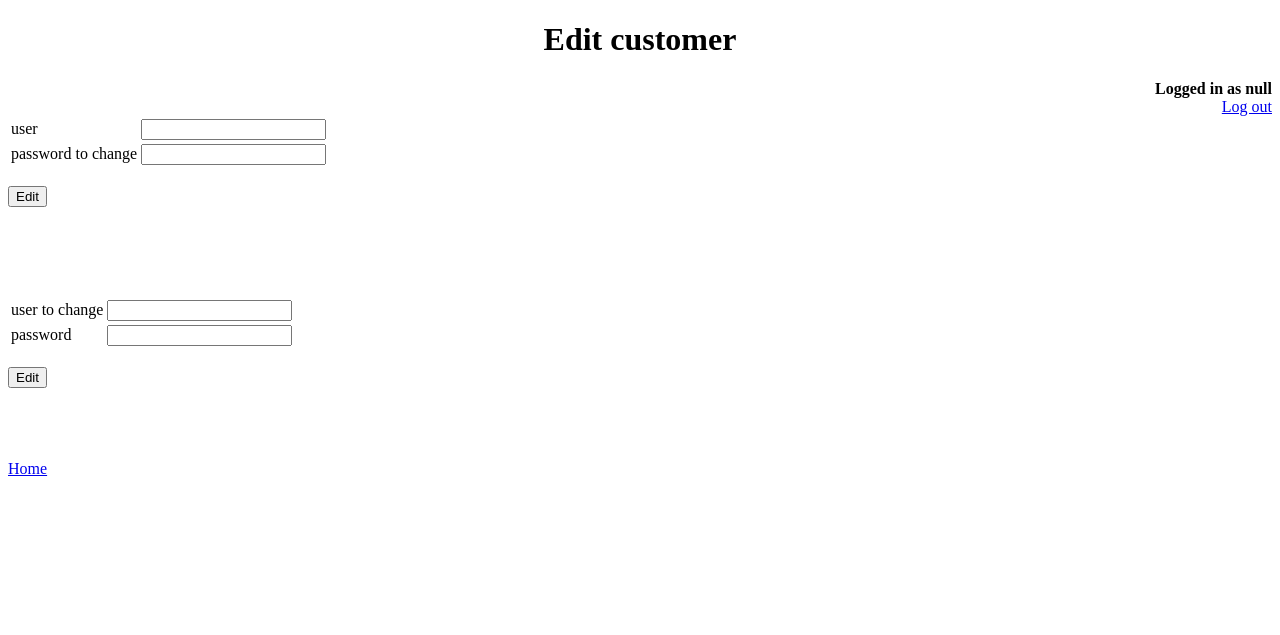
Repository: Pheazon/data_management
Page: http://localhost/cs336Final/editCustomer.jsp
The author's editor kept a copy of each file at every save. The page is drawn from the files as they stood at one save, then again after the next save.
The browser window is 1280 px wide. The pictures show the whole page.
The page is served by Tomcat 9.

Above is the page before, as saved 2019-12-05 23:40:53.

### cs336Final/WebContent/editCustomer.jsp
<%@ page language="java" contentType="text/html; charset=ISO-8859-1"
	pageEncoding="ISO-8859-1" import="com.cs336.pkg.*"%>
<%@ page import="java.io.*,java.util.*,java.sql.*"%>
<%@ page import="javax.servlet.http.*,javax.servlet.*"%>
<!DOCTYPE html PUBLIC "-//W3C//DTD HTML 4.01 Transitional//EN" "http://www.w3.org/TR/html4/loose.dtd">
<html>
<head>
<meta http-equiv="Content-Type" content="text/html; charset=ISO-8859-1">
<title>Edit Customer</title>
</head>
<body>

	<h1 align="center">Edit customer</h1>

	<div align="right"> <b> Logged in as
	<%=session.getAttribute("user")%>
	</b> <br>
	<a href='logout.jsp'>Log out</a>
	</div>

	<%
	ApplicationDB db = new ApplicationDB();
	Connection con = db.getConnection();
	//PreparedStatement ps = null;
	Class.forName("com.mysql.jdbc.Driver").newInstance();
	Connection conn = db.getConnection();

	//Statement statement = conn.createStatement();

	//ResultSet result = statement.executeQuery(query);


	//if (rs.next()) {
	//	String user = rs.getString("username");
	//	String password = rs.getString("password");

	%>
		<form method="post" action="editCustomerHandler.jsp">

		<table>
			<tr>
				<td>user</td>
				<td><input type="text" name="username" maxlength="25"
				required></td>
			</tr>
			<tr>
				<td>password to change</td>
				<td><input type="password" name="password" maxlength="25"
				required></td>
			</tr>
		</table>
			<br> <input type="submit" value="Edit">
		</form>
		<br><br><br>


		<br>
		<br>

		<form method="post" action="editCustomerHandler2.jsp">

		<table>
			<tr>
				<td>user to change</td>
				<td><input type="text" name="username" maxlength="25"
				required></td>
			</tr>
			<tr>
				<td>password</td>
				<td><input type="password" name="password" maxlength="25"
				required></td>
			</tr>
		</table>
			<br> <input type="submit" value="Edit">
		</form>
		<br><br><br>
	<%

	//} else {
	//	out.println("Username doesn't exist.");
	//}

	//rs.close();
	//Statement.close();
	conn.close();
%>
<br><a href="success.jsp"> Home</a>

</body>
</html>

### cs336Final/src/com/cs336/pkg/ApplicationDB.java
package com.cs336.pkg;

import java.sql.Connection;
import java.sql.DriverManager;
import java.sql.SQLException;

public class ApplicationDB {

	public ApplicationDB(){

	}

	public Connection getConnection(){

		//Create a connection string
		String url = "jdbc:mysql://cs336db.cdnjviplnzua.us-east-2.rds.amazonaws.com:3306/BarBeerDrinkerSample";
		Connection connection = null;

		try {
			//Load JDBC driver - the interface standardizing the connection procedure. Look at WEB-INF\lib for a mysql connector jar file, otherwise it fails.
			Class.forName("com.mysql.jdbc.Driver").newInstance();
		} catch (InstantiationException e) {
			// TODO Auto-generated catch block
			e.printStackTrace();
		} catch (IllegalAccessException e) {
			// TODO Auto-generated catch block
			e.printStackTrace();
		} catch (ClassNotFoundException e) {
			// TODO Auto-generated catch block
			e.printStackTrace();
		}
		try {
			//Create a connection to your DB
			connection = DriverManager.getConnection(url,"cs336", "Rutgers123!");
		} catch (SQLException e) {
			// TODO Auto-generated catch block
			e.printStackTrace();
		}

		return connection;

	}

	public void closeConnection(Connection connection){
		try {
			connection.close();
		} catch (SQLException e) {
			// TODO Auto-generated catch block
			e.printStackTrace();
		}
	}





	public static void main(String[] args) {
		ApplicationDB dao = new ApplicationDB();
		Connection connection = dao.getConnection();

		System.out.println(connection);
		dao.closeConnection(connection);
	}



}

After the next save:
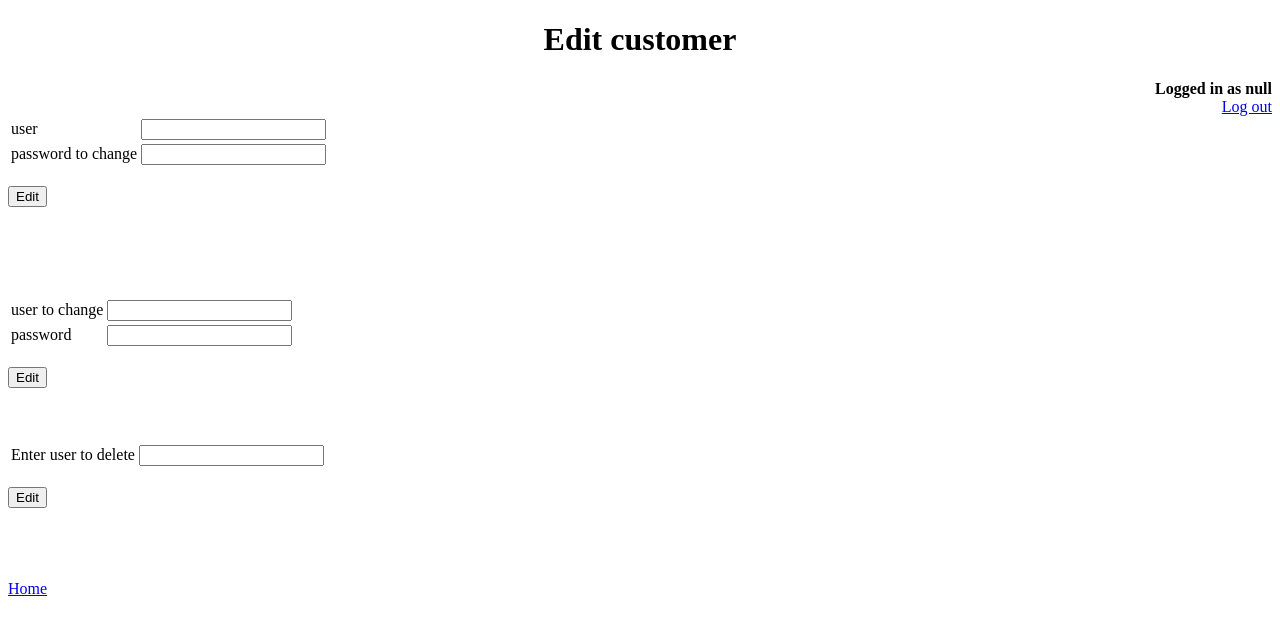
Saved 64 s later.
--- a/cs336Final/WebContent/editCustomer.jsp
+++ b/cs336Final/WebContent/editCustomer.jsp
@@ -74,6 +74,19 @@
 			<br> <input type="submit" value="Edit">
 		</form>
 		<br><br><br>
+
+				<form method="post" action="editCustomerHandler2.jsp">
+
+		<table>
+			<tr>
+				<td>Enter user to delete</td>
+				<td><input type="text" name="username" maxlength="25"
+				required></td>
+			</tr>
+		</table>
+			<br> <input type="submit" value="Edit">
+		</form>
+		<br><br><br>
 	<%
 
 	//} else {
